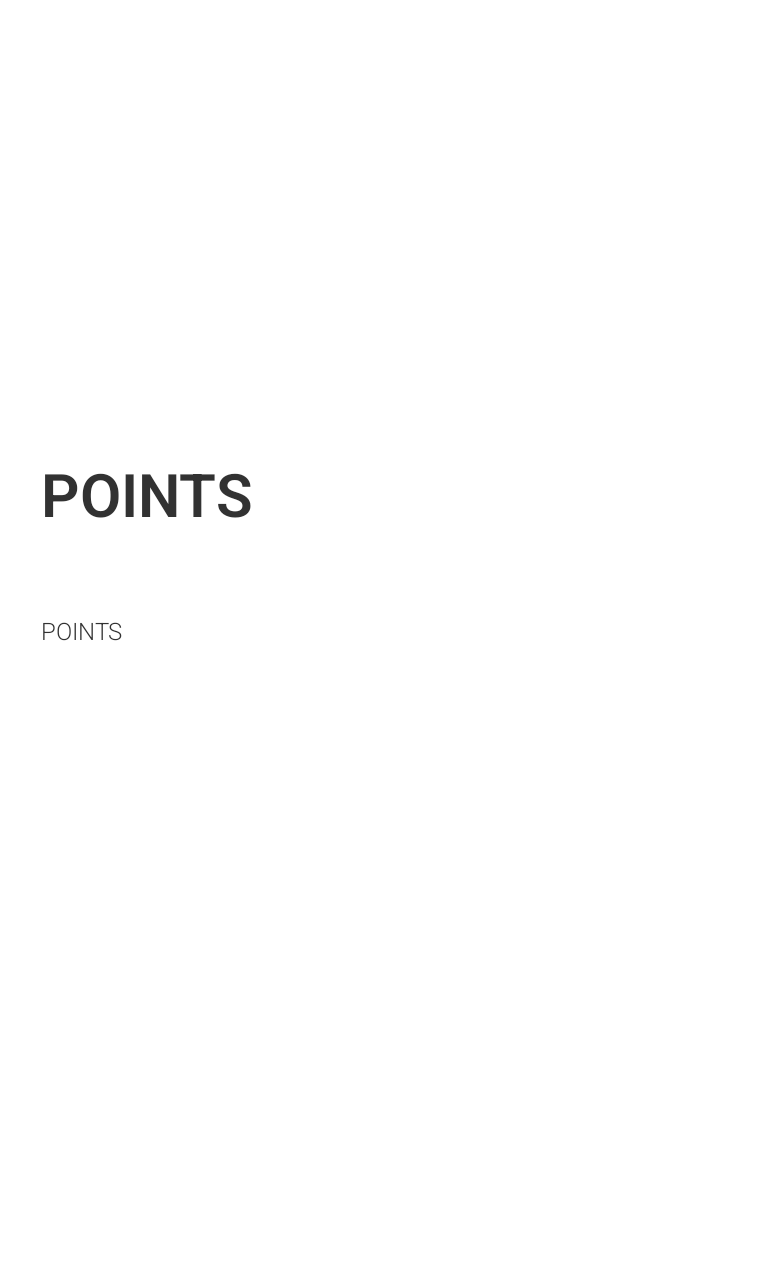
Repository: MikeFynes/ChallengeAccepted
Layout: ChallengeAcceptedFrontEnd/ChallengeDemo/res/layout/my_challenges.xml
An editor plug-in stored every save of this project. The layout is shown before and after a run of saves, followed by the edit.
It is drawn on a 768 x 1280 px phone screen (xhdpi) without system bars, with theme AppTheme; the app's code is not run.

Above is the layout before, as saved 2014-12-09 16:18:14.

### ChallengeAcceptedFrontEnd/ChallengeDemo/res/layout/my_challenges.xml
<?xml version="1.0" encoding="utf-8"?>
<RelativeLayout xmlns:android="http://schemas.android.com/apk/res/android"
    android:layout_width="match_parent"
    android:layout_height="match_parent"
    android:orientation="vertical" >
        <ImageView
        android:contentDescription="@string/image_context"
        android:id="@+id/Img1"
        android:layout_width="150dp"
        android:layout_height="150dp"
        android:scaleType="fitXY"
         />


        <TextView
        android:id="@+id/my_status"
        android:layout_width="wrap_content"
        android:layout_height="wrap_content"
        android:layout_toRightOf="@id/Img1"
        android:gravity="center"
         android:padding="20dp"
        />


    <TextView
        android:id="@+id/Tv1"
        android:layout_width="wrap_content"
        android:layout_height="wrap_content"
        android:layout_toRightOf="@id/Img1"
        android:layout_below="@id/my_status"
        android:gravity="center"
         android:padding="20dp"
        />
    <TextView
        android:id="@+id/Tv2"
        android:layout_width="wrap_content"
        android:layout_height="wrap_content"
        android:layout_below="@id/Img1"
        android:gravity="center_horizontal"
         android:padding="20dp"
        />
    <TextView
        android:id="@+id/points_title"
        android:layout_width="wrap_content"
        android:layout_height="wrap_content"
        android:text="@string/challenge_points"
        android:layout_below="@id/Tv2"
        android:gravity="center"
        android:padding="20dp"
        android:textSize="30sp"
        android:textStyle="bold"
        />
        <TextView
        android:id="@+id/points_value"
        android:layout_width="wrap_content"
        android:layout_height="wrap_content"
        android:text="@string/challenge_points"
        android:layout_below="@id/points_title"
        android:gravity="center_horizontal"
        android:padding="20dp"
        />
        <LinearLayout
            android:id="@+id/my_button_view"
                    android:layout_width="fill_parent"
        android:layout_height="wrap_content"

        android:layout_alignParentBottom="true"
        android:orientation="horizontal"></LinearLayout>

</RelativeLayout>

### ChallengeAcceptedFrontEnd/ChallengeDemo/res/values/styles.xml
<?xml version="1.0" encoding="utf-8"?>
<!-- File created by the Android Action Bar Style Generator

     Copyright (C) 2011 The Android Open Source Project
     Copyright (C) 2012 readyState Software Ltd

     Licensed under the Apache License, Version 2.0 (the "License");
     you may not use this file except in compliance with the License.
     You may obtain a copy of the License at

          http://www.apache.org/licenses/LICENSE-2.0

     Unless required by applicable law or agreed to in writing, software
     distributed under the License is distributed on an "AS IS" BASIS,
     WITHOUT WARRANTIES OR CONDITIONS OF ANY KIND, either express or implied.
     See the License for the specific language governing permissions and
     limitations under the License.
-->

<resources xmlns:android="http://schemas.android.com/apk/res/android">

    <style name="AppTheme" parent="@android:style/Theme.Holo.Light">
<item name="android:actionBarTabStyle">@style/MyActionBarTabsIndicator</item>

        <item name="android:actionBarStyle">@style/MyActionBar</item>
        <item name="android:actionBarTabTextStyle">@style/MyActionBarTabText</item>

        <item name="android:actionMenuTextColor">@style/MyActionBarTitleText</item>
        <item name="android:textViewStyle">@style/RobotoTextViewStyle</item>
        <item name="android:buttonStyle">@style/RobotoButtonStyle</item>

    </style>



    <style name="RobotoTextViewStyle" parent="android:Widget.TextView">
    <item name="android:fontFamily">sans-serif-light</item>
     <item name="android:textSize">12sp</item>
</style>

<style name="RobotoButtonStyle" parent="android:Widget.Holo.Button">
    <item name="android:fontFamily">sans-serif-light</item>
     <item name="android:textSize">12sp</item>
     <item name="android:textColor">@color/black</item>
     <item name="android:background">@drawable/tab_indicator</item>
</style>

 <style name="MyActionBarTabsIndicator"
        parent="android:Widget.Holo.Light.ActionBar.TabView">
        <!-- tab indicator -->
        <item name="android:state_pressed">true</item>
        <item name="android:background">@drawable/tab_indicator</item>
    </style>

    <!-- ActionBar styles -->
    <style name="MyActionBar"
        parent="android:Widget.Holo.Light.ActionBar">

        <item name="android:background" >@color/actionbar</item>
        </style>

    <!-- ActionBar title text -->
    <style name="MyActionBarTitleText"
        parent="android:TextAppearance.Holo.Widget.ActionBar.Title">
        <item name="android:textColor">@color/black</item>
    </style>



    <!-- ActionBar tabs text styles -->
    <style name="MyActionBarTabText"
        parent="android:Widget.Holo.ActionBar.TabText">
        <item name="android:textColor">@color/black</item>
    </style>



</resources>

### ChallengeAcceptedFrontEnd/ChallengeDemo/res/values/color.xml
<?xml version="1.0" encoding="utf-8"?>
<resources>

    <color name="white">#FFFFFF</color>
    <color name="black">#000000</color>

<!--      CHALLENGES COLOURS -->
    <color name="selected_cat">#00695C</color>
    <color name="list_selected_chall">#B2DFDB</color>

<!--     ACTIONBAR COLOURS -->
    <color name="actionbar">#009688</color>


</resources>

### ChallengeAcceptedFrontEnd/ChallengeDemo/res/drawable/tab_indicator.xml
<?xml version="1.0" encoding="utf-8"?>
<selector xmlns:android="http://schemas.android.com/apk/res/android" >
    <!-- STATES WHEN BUTTON IS NOT PRESSED -->

    <!-- Non focused states -->
    <item android:state_focused="false" android:state_selected="false"
        android:state_pressed="false"
        android:drawable="@color/actionbar" />
    <item android:state_focused="false" android:state_selected="true"
        android:state_pressed="false"
        android:drawable="@color/list_selected_chall" />

    <!-- Focused states (such as when focused with a d-pad or mouse hover) -->
    <item android:state_focused="true" android:state_selected="false"
        android:state_pressed="false"
        android:drawable="@color/actionbar" />
    <item android:state_focused="true" android:state_selected="true"
        android:state_pressed="false"
        android:drawable="@color/list_selected_chall" />


    <!-- STATES WHEN BUTTON IS PRESSED -->

    <!-- Non focused states -->
    <item android:state_focused="false" android:state_selected="false"
        android:state_pressed="true"
        android:drawable="@color/actionbar" />
    <item android:state_focused="false" android:state_selected="true"
        android:state_pressed="true"
        android:drawable="@color/list_selected_chall" />

    <!-- Focused states (such as when focused with a d-pad or mouse hover) -->
    <item android:state_focused="true" android:state_selected="false"
        android:state_pressed="true"
        android:drawable="@color/list_selected_chall" />
    <item android:state_focused="true" android:state_selected="true"
        android:state_pressed="true"
        android:drawable="@color/list_selected_chall" />

</selector>

### ChallengeAcceptedFrontEnd/ChallengeDemo/res/values/strings.xml
<?xml version="1.0" encoding="utf-8"?>
<resources>
	<string name="image_context">image</string>
    <string name="app_name">ChallengeApp</string>
    <string name="start_select_user">Select User</string>
    <string name="select_challenge">Select Challenge</string>
    <string name="select_category">Select Category</string>
    <string name="action_settings">Settings</string>

      <string name="text_accepted">ACCEPTED</string>
    <string name="text_received">RECEIVED</string>

    <string name="tab_lbl_my_challenges">My Challenges</string>
    <string name="tab_lbl_scoreboard">Scoreboard</string>
    <string name="tab_lbl_create_challenge">Challenge</string>
    <string name="tab_lbl_welcome">Welcome</string>
    <string name="btn_accept">Accept</string>
    <string name="btn_decline">Decline</string>



    <string name="btn_complete">Complete</string>
    <string name="no_challTitle">No Challenge Yet</string>
    <string name="no_challDesc">No Challenge has been issued</string>
    <string name="btnChallenge">SEND CHALLENGE!</string>
    <string name="btnBack">Back</string>
    <string name="btn_add_user">Add User</string>

    <string name="challenge_title">CHALLENGE</string>
    <string name="challenge_points">POINTS</string>

      <string name="user_points">Score</string>
  		<string name="user_name">Name</string>

  		<string name="fill_form">Enter details below and click complete to add a user</string>
  		<string name="add_name">User Name</string>


  		<string name="welcome_start">Welcome</string>
  		<string name="welcome_from_start">Navigate through tabs to challenges!</string>

  		<string name="welcome_response">Response Logged!</string>
  		<string name="welcome_from_response">Your response has been added!</string>

  		  		<string name="welcome_complete">Challenge Complete</string>
  		<string name="welcome_from_complete">You go girl!</string>

  		  		<string name="welcome_sent">Challenge Sent</string>
  		<string name="welcome_from_sent">Oooooooooooh!</string>
</resources>

After the next 2 saves:
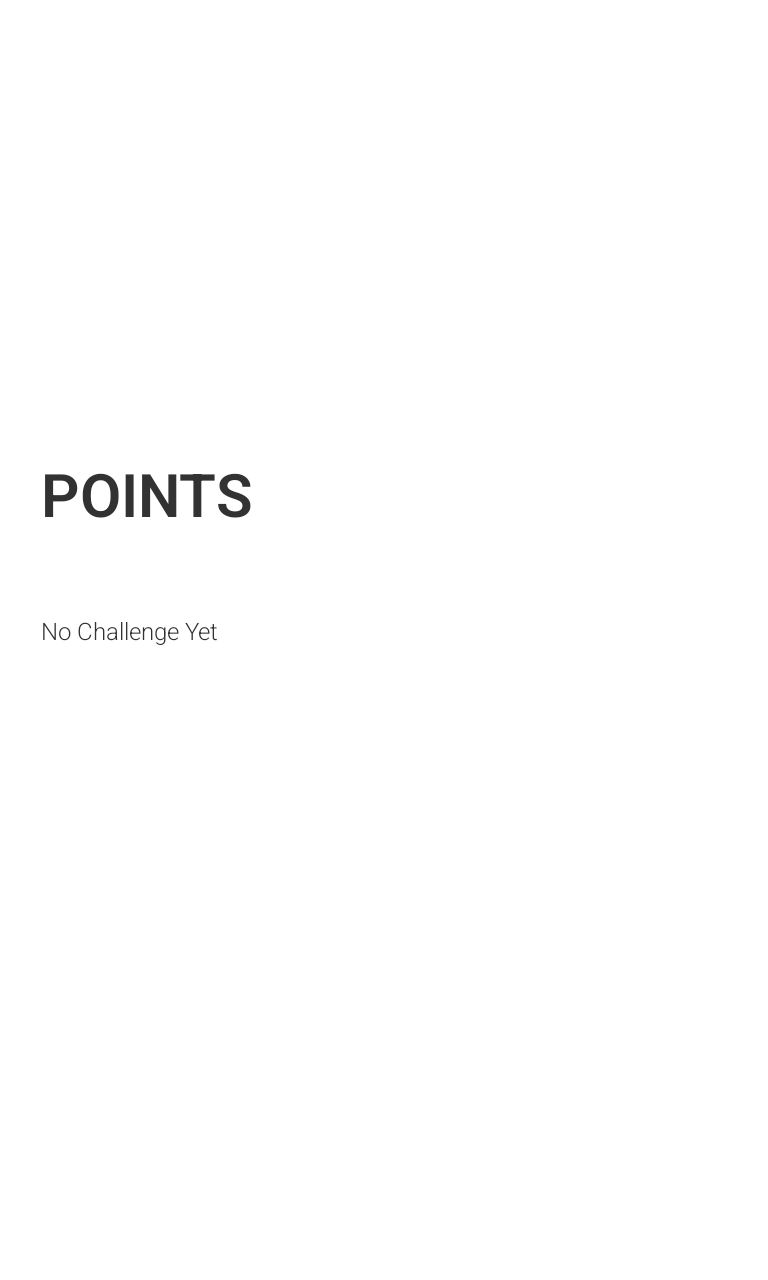
The 2 saves are shown as one change because 1 did not build or start.
The last was saved 2 min 29 s later.
--- a/ChallengeAcceptedFrontEnd/ChallengeDemo/res/layout/my_challenges.xml
+++ b/ChallengeAcceptedFrontEnd/ChallengeDemo/res/layout/my_challenges.xml
@@ -54,7 +54,7 @@
         android:id="@+id/points_value"
         android:layout_width="wrap_content"
         android:layout_height="wrap_content"
-        android:text="@string/challenge_points"
+        android:text="@string/no_challTitle"
         android:layout_below="@id/points_title"
         android:gravity="center_horizontal"
         android:padding="20dp"
